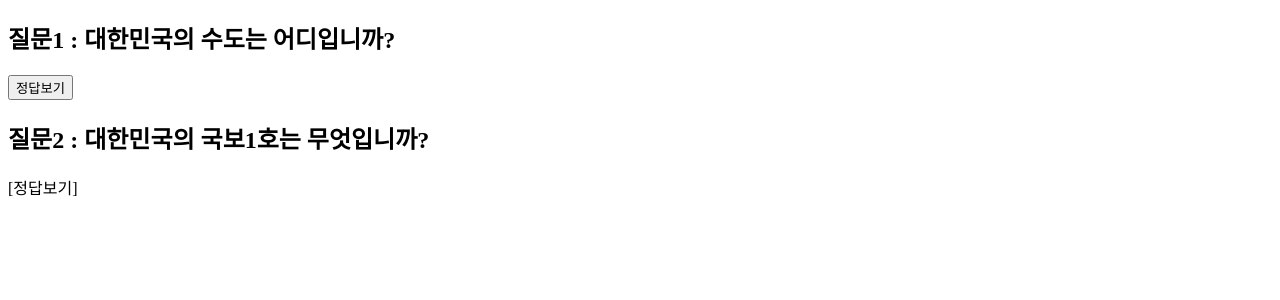
Repository: yoojisoo/YONSAI
Page: http://localhost/teatJava/html/script05.jsp
An editor plug-in stored every save of this project. The page is shown before and after the next save, followed by the edit.
The browser window is 1280 px wide. The pictures show the whole page.
After loading, the first visible `button.q1` was clicked once.
The page is served by Tomcat 9.

Above is the page before, as saved 2021-08-20 05:33:38.

After the next save:
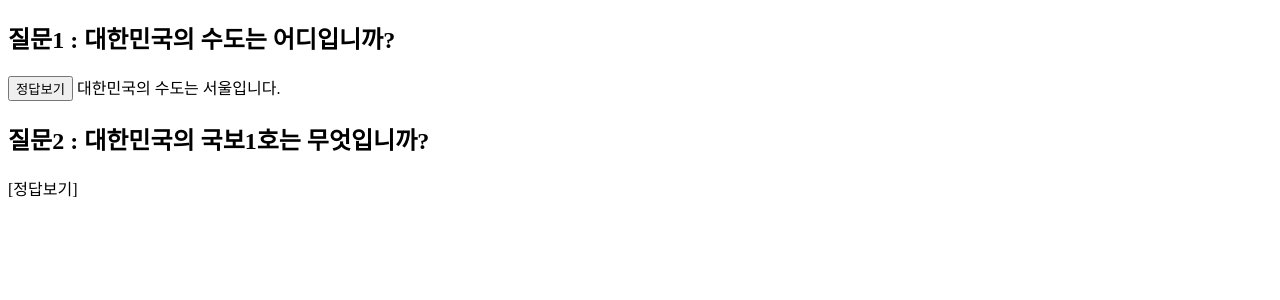
Saved 16 s later.
--- a/jsworkspace/teatJava/src/main/webapp/html/script05.jsp
+++ b/jsworkspace/teatJava/src/main/webapp/html/script05.jsp
@@ -13,9 +13,9 @@
 		$("button.q1").click(function(){
 			count++;
 				if(count%2==1){
-					$("button.q1").show();
+					$("ans.q1").show();
 				}else{
-					$("button.q1").hide();
+					$("ans.q1").hide();
 				}
 		});
 		$("p.q2").click(function(){
